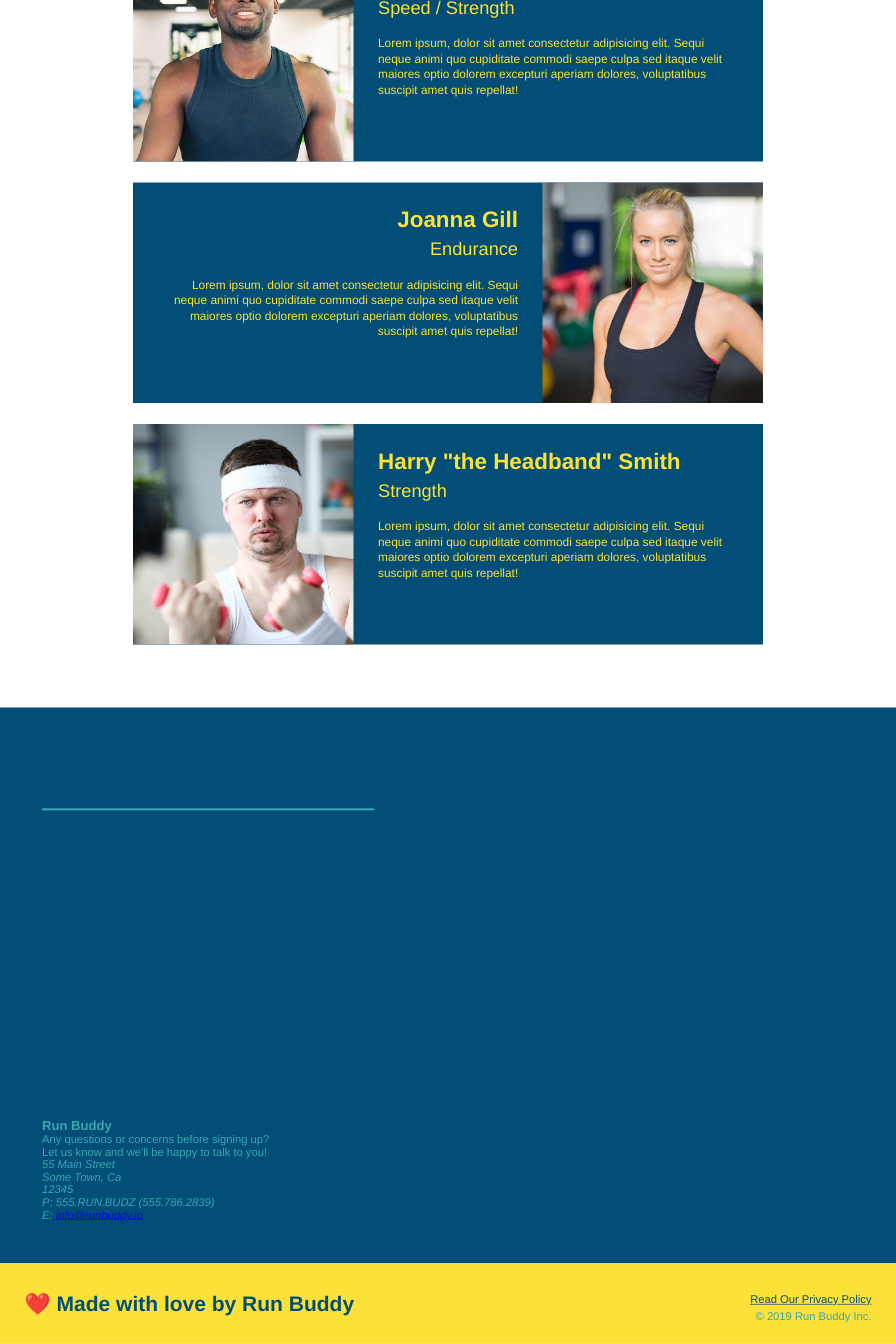
Repository: symlara/run-buddy
Page: index.html
An editor plug-in stored every save of this project. The page is shown before and after a run of saves, followed by the edit.
The browser window is 1280 px wide. The pictures show the part of the page from y = 2524 to 4444 px (the page is 4444 px tall), at 70% of full size.
Pictures or frames that could not be fetched are drawn as grey boxes.

Above is the page before, as saved 2020-12-10 15:49:30.

After the next 8 saves:
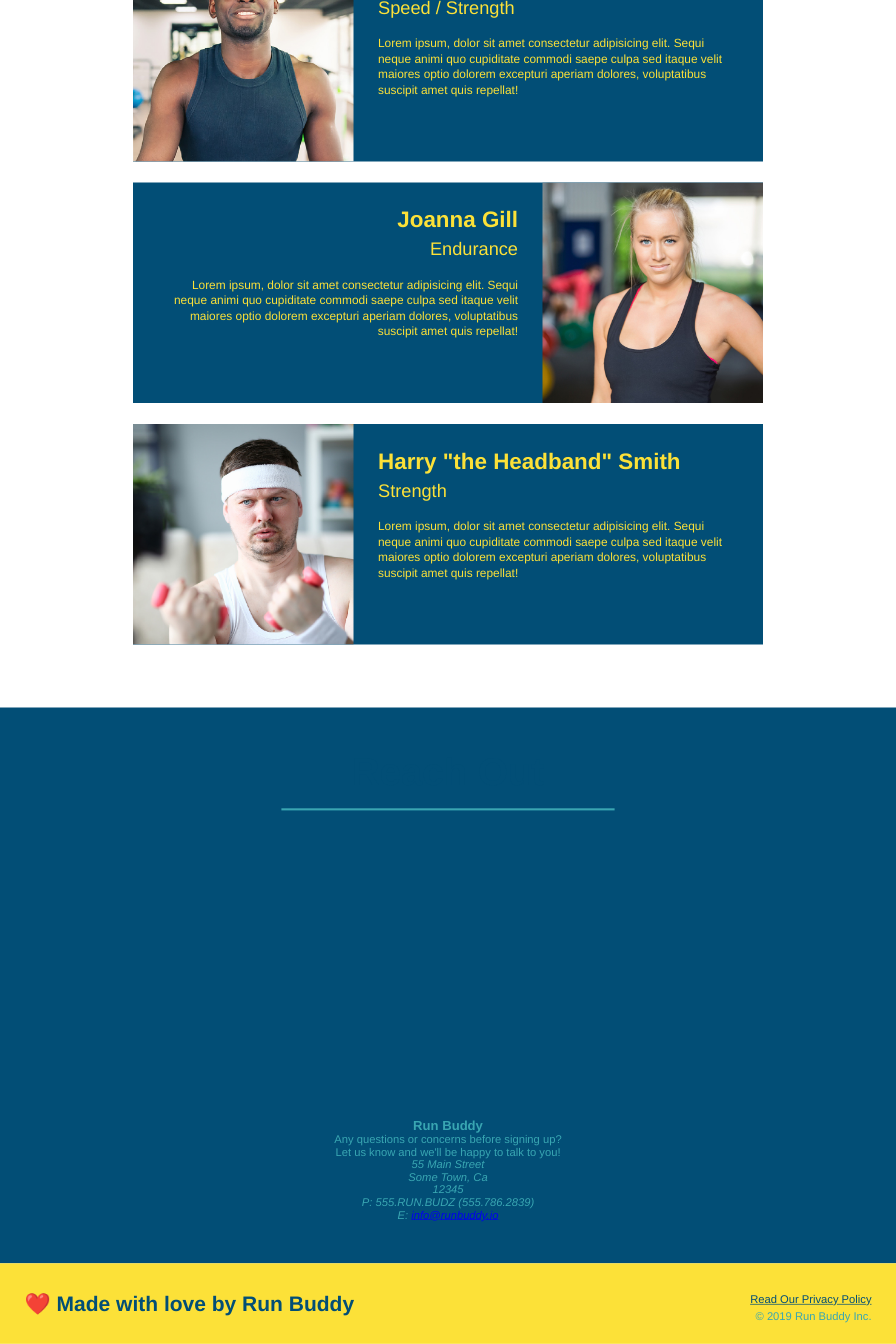
The 8 saves are shown as one change because they came seconds apart.
The last was saved 84 s later.
--- a/assets/css/style.css
+++ b/assets/css/style.css
@@ -240,7 +240,8 @@
 }
 /* Your Trainers Section End */
 
-/* Contact Info Section*/
+/* Reach Out Info Section*/
 .contact {
+    text-align: center;
     background-color: #024e76;
 }
